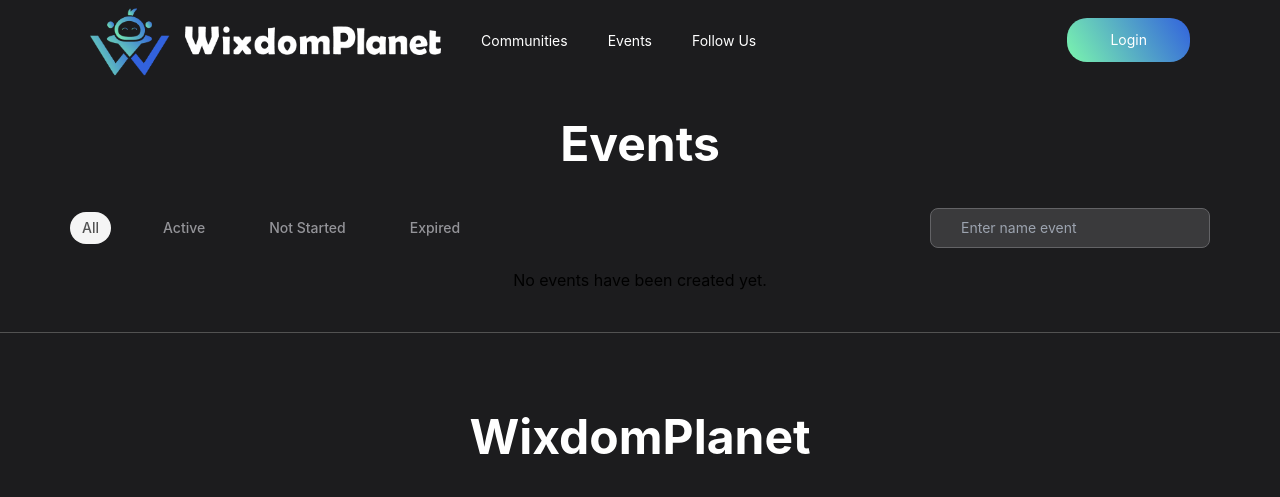
Repository: haudnn/WixdomPlanet-demo
Page: /
An editor plug-in stored every save of this project. The page is shown before and after the next save, followed by the edit.
The browser window is 1280 px wide. The pictures show the whole page.
The project was rebuilt for these pictures with package versions that can differ from the ones it lists, and the page was loaded fresh each time. Also part of the build but not shown: vite.config.js, src/App.css, src/features/Event/page/AddEvent.jsx, src/features/Event/components/EventItem.jsx, src/features/Event/page/Event.jsx.

Above is the page before, as saved 2023-02-04 12:44:05.

### src/App.jsx
import "./App.css";
import { BrowserRouter } from "react-router-dom";
import Header from "./components/Layout/Header";
import RoutesConfig from "./config/RoutesConfig";
import Footer from "./components/Layout/Footer";
function App() {
  return (
    <div className="App bg-[#1c1c1e] min-h-screen">
      <BrowserRouter>
        <Header />
        <RoutesConfig/>
        <Footer/>
      </BrowserRouter>
    </div>
  );
}

export default App;

### src/index.css
@tailwind base;
@tailwind components;
@tailwind utilities;

:root {
  font-family: Inter, system-ui, Avenir, Helvetica, Arial, sans-serif;
}

### src/components/Layout/Header.jsx
import React from 'react'
import { Link } from 'react-router-dom'
import logo from "../../assets/imgs/logo.png"
const Header = () => {
  return (
    <header className='h-[80px]'>
        <div className='max-w-[1140px] my-0 mx-auto h-full px-5'>
            <div className='flex items-center justify-between h-full'>
                <div className='flex items-center gap-x-10'>
                    <div className='h-[80px]'>
                        <Link to="/">
                            <img src={logo} alt="Logo" className='w-full h-full object-cover' />
                        </Link>
                    </div>
                    <ul className='flex items-center gap-x-10'>
                        <li>
                            <Link className='text-sm text-white' to="/communities">Communities</Link>
                        </li>
                        <li>
                            <Link className='text-sm text-white' to="/events">Events</Link>
                        </li>
                        <li>
                            <Link className='text-sm text-white' to="/follow">Follow Us</Link>
                        </li>
                    </ul>
                </div>
                <button style={{background: "linear-gradient(239deg,#3262dd,#7af4ae 98.78%)"}} className='text-sm text-white rounded-[20px] py-3 px-[43px]'>
                    <Link to="/login">Login</Link>
                </button>
            </div>
        </div>
    </header>
  )
}

export default Header

### src/config/RoutesConfig.jsx
import { Routes, Route } from 'react-router-dom';
import routes from '../constants/routes';
function RoutesConfig() {
  return (
    <Routes>
      {routes.map(({ path, component }) => (
        <Route key={path} path={path} element={component} />
      ))}
    </Routes>
  );
}
export default RoutesConfig;

### src/components/Layout/Footer.jsx
import React from 'react'

const Footer = () => {
  return (
    <footer className='border-t border-solid border-[#525252]'>
        <div className='max-w-[1140px] my-0 mx-auto px-5'>
            <div className="pt-[80px] pb-[48px] text-center text-white text-5xl font-bold">
               WixdomPlanet
            </div>
        </div>
    </footer>
  )
}

export default Footer

### src/constants/routes.jsx
import AddEvent from "../features/Event/page/AddEvent";
import Home from "../features/Home";

const routes = [
    {
      path: '/',
      component: <Home/>,
    },
    {
        path: '/add',
        component: <AddEvent/>,
      },
]
export default routes;

### src/features/Home.jsx
import React, { useEffect, useState } from "react";
import { useLocalStorage } from "../hooks";
import Event from "./Event/page/Event";

const Home = () => {
  const events = useLocalStorage();
  return (
    <section className="home py-10 max-w-[1140px] my-0 mx-auto">
      <div className="text-center">
        <span className="text-white font-bold text-5xl ">Events</span>
      </div>
      <div className="mt-10 flex items-center justify-between">
        <ul className="flex items-center gap-x-10">
          <li className="bg-[#f5f5f5] rounded-[100px] font-medium text-[#525252] px-3 py-[6px] cursor-pointer text-sm">
            All
          </li>
          <li name="" className="font-medium text-[#949499] px-3 py-[6px] cursor-pointer text-sm">
            Active
          </li>
          <li className="font-medium text-[#949499] px-3 py-[6px] cursor-pointer text-sm">
            Not Started
          </li>
          <li className="font-medium text-[#949499] px-3 py-[6px] cursor-pointer text-sm">
            Expired
          </li>
        </ul>
        <div className="w-[280px]">
          <input
            type="text"
            placeholder="Enter name event"
            className="text-sm pl-[30px] pr-[15px] h-10 leading-10 border border-solid border-[#636366] inline-block w-full bg-[#3a3a3c] rounded-lg text-white"
          />
        </div>
      </div>
      <div className="mt-5">
       {
        events.length > 0 ? ( <Event events={events} />) : (
          <div className="text-center">
            <span>No events have been created yet.</span>
          </div>
        )
       }
      </div>
    </section>
  );
};

export default Home;

### src/hooks/index.js
import useLocalStorage from "./useLocalStorage";
export {
    useLocalStorage
}

### src/hooks/useLocalStorage.js
import { useEffect, useState } from "react";

const useLocalStorage = () => {
    const [events, setEvents] = useState([]);
    // check if localStorage if haved  "events" in localStorage getelse set
    useEffect(() => {
        // checked localStorage
        const isEnvents = JSON.parse(localStorage.getItem('events'));
        if (!isEnvents) {
            localStorage.setItem("events", JSON.stringify([]))
        }
        else{
            setEvents(isEnvents)
        }
      }, []);
    return events
}
export default useLocalStorage;

Loaded but not shown: index.html (common file); src/main.jsx (common file); tailwind.config.cjs (common file)

After the next save:
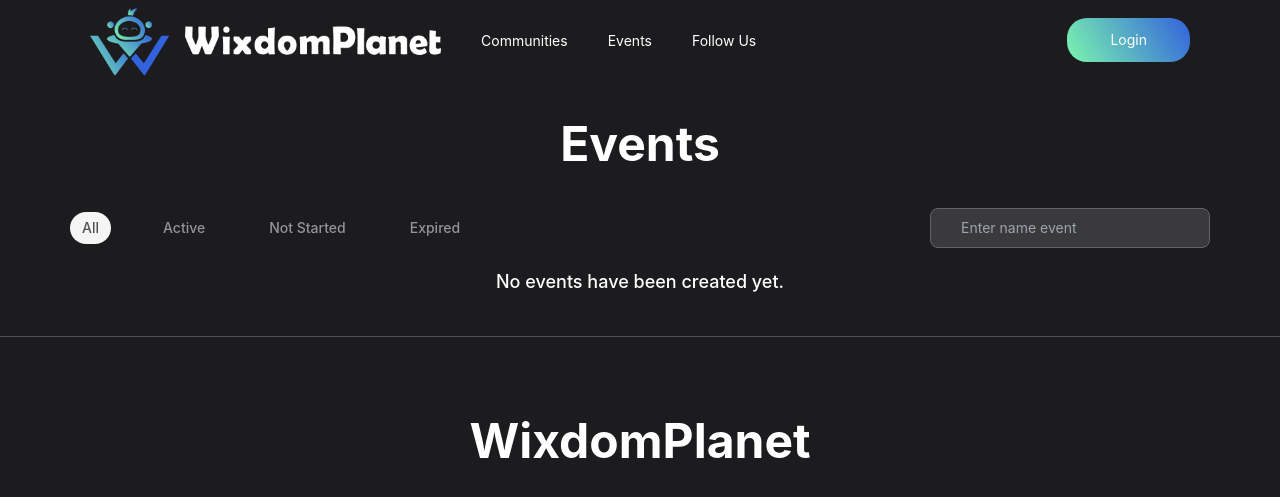
Saved 13 s later.
--- a/src/features/Home.jsx
+++ b/src/features/Home.jsx
@@ -36,7 +36,7 @@ const Home = () => {
        {
         events.length > 0 ? ( <Event events={events} />) : (
           <div className="text-center">
-            <span>No events have been created yet.</span>
+            <span className="text-white font-medium text-lg">No events have been created yet.</span>
           </div>
         )
        }
